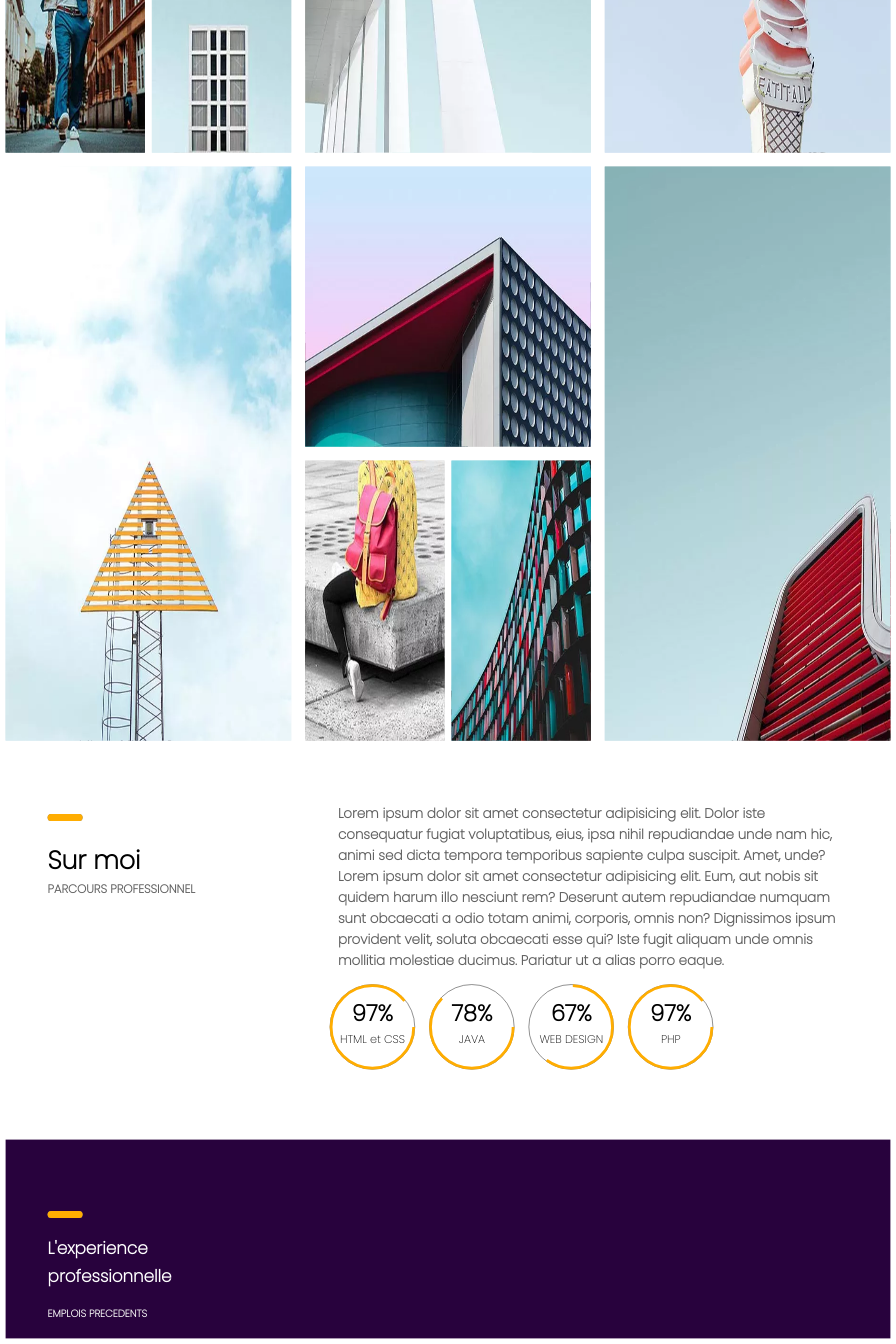
Repository: wadelfadill/CV_PORTFOLIO
Page: index.html
The author's editor kept a copy of each file at every save. The page is drawn from the files as they stood at one save, then again after the next save.
The browser window is 1280 px wide. The pictures show the part of the page from y = 1630 to 3550 px (the page is 3550 px tall before and 3530 px after), at 70% of full size.
Some icons come from a web library that is not loaded, so they are not drawn. Backgrounds fixed to the window are drawn as part of the page.

Above is the page before, as saved 2023-03-16 11:42:19.

### index.html
<!DOCTYPE html>
<html lang="fr">
<head>
    <meta charset="UTF-8">
    <meta http-equiv="X-UA-Compatible" content="IE=edge">
    <meta name="viewport" content="width=device-width, initial-scale=1.0">
    <title>CV - Portfolio</title>
    <link rel="stylesheet" href="style.css">
    <link rel="stylesheet" href="path/to/font-awesome/css/font-awesome.min.css">
    <link href="/fontawesome/css/all.css" rel="stylesheet">
    <link href="/fontawesome/css/fontawesome.css" rel="stylesheet">
    <link href="/fontawesome/css/brands.css" rel="stylesheet">
    <link href="/fontawesome/css/solid.css" rel="stylesheet">
    <link rel="stylesheet" href="/fontawesome/css/regular.css">
    <link rel="preconnect" href="https://fonts.googleapis.com">
    <link rel="stylesheet" href="/fontawesome/css/all.min.css">
    <link rel='stylesheet' href='https://cdn-uicons.flaticon.com/uicons-brands/css/uicons-brands.css'>
    <link rel="stylesheet" href="https://cdn-uicons.flaticon.com/uicons-regular-straight/css/uicons-regular-straight.css">
<link rel="preconnect" href="https://fonts.gstatic.com" crossorigin>
<link href="https://fonts.googleapis.com/css2?family=Manrope&family=Montserrat&family=Poppins:wght@200&family=Roboto&display=swap" rel="stylesheet">
</head>
<body>
    <header>
        <div class="head">
            <div class="address">
                <div class="add-1">
                    <div class="add-icone"><i class="fi fi-rs-marker"></i></div>
                    <div class="add-text">3008, promenade Sarah <br> Franklin, LA 70538</div>
                </div>
                <div class="add-1">
                    <div class="add-icone"><i class="fi fi-rs-phone-call"></i></div>
                    <div class="add-text">337-4139538 <br> MIN - VEN, 8 AM - 19 PM</div>
                </div>
                <div class="add-1">
                    <div class="add-icone"><i class="fi fi-rs-messages"></i></div>
                    <div class="add-text">contact@gmail.com <br>REPONSE EN 24 HEURES</div>
                </div>
            </div>
            <div class="download">
                <a href="#" class="button">Telecharger CV</a>
            </div>
        </div>
        <div class="head_2">
           <div class="presentation">
            <div class="img">
                <img src="images/profile.jpg" alt="profile" class="profil">
                <h2>Michel SMith</h2>
                <h3 >Responsable d'Affaires</h3>
            </div>
            <div class="rest">
                <ul>
                    <li><b>NE :</b> 25 aout 1985</li>
                    <li class="courriel"><b>COURRIEL :</b> mymith@mywebpage.com</li>
                    <li><b>ETAT CIVIL :</b> Marie</li>
                </ul>
            </div>
            <div class="social">
                <ul class="social-reseau">
                    <li><a href=""><i class="fi fi-brands-pinterest"></i></a></li>
                    <li><a href=""><i class="fi fi-brands-linkedin"></i></a></li>
                    <li><a href=""><i class="fi fi-brands-instagram"></i></a></li>
                    <li><a href=""><i class="fi fi-brands-facebook"></i></a></li>
                    <li><a href=""><i class="fi fi-brands-twitter"></i></a></li>
                </ul>
            </div>

           </div>
        </div>
    </header>
    <main>
        <div class="portfolio">
            <div class="head-portfolio">
                <div class="title-portfolio">
                    <progress value="100" max="100" class="progress"></progress>
                    <h2>Portfolio</h2>
                    <h5>MON TRAVAIL</h5>
                </div>
                <div class="album-link" id="grid">
                    <a href="#grid"><b>TOUT</b></a>
                    <a href="#grid" class="web-link"><b>CREATION DE SITES WEB</b></a>
                    <a href="#grid"><b>L'IMAGE DE MARQUE</b></a>
                    <a href="#grid"><b>CONCEPTION GRAPHIQUE</b></a>
                </div>
            </div>
            <div class="grid">
                <div class="elem one web"><a href="images/portfolio_1.jpg"><img src="images/portfolio_1.jpg" alt=""></a></div>
                <div class="elem two"><a href="images/portfolio_2.jpg"> <img src="images/portfolio_2.jpg" alt=""></a></div>
                <div class="elem three web"><a href="images/portfolio_3.jpg"><img src="images/portfolio_3.jpg" alt=""></a></div>
                <div class="elem four">
                    <div class="four-1">
                        <a href="images/portfolio_4_1.jpg"><img src="images/portfolio_4_1.jpg" alt=""></a>
                    </div>
                    <div class="four-2">
                        <a href="images/portfolio_4_2.jpg"><img src="images/portfolio_4_2.jpg" alt=""></a>
                    </div>
                </div>
                <div class="elem five"><a href="images/portfolio_5.jpg"><img src="images/portfolio_5.jpg" alt=""></a></div>
                <div class="elem six"><a href="images/portfolio_6.jpg"><img src="images/portfolio_6.jpg" alt=""></a></div>
                <div class="elem seven web"><a href="images/portfolio_7.jpg"><img src="images/portfolio_7.jpg" alt=""></a></div>
                <div class="elem eight web"><a href="images/portfolio_8.jpg"><img src="images/portfolio_8.jpg" alt=""></a></div>
                <div class="elem nine">
                    <div class="nine-1">
                        <a href="images/portfolio_9_1.jpg"><img src="images/portfolio_9_1.jpg" alt=""></a>
                    </div>
                    <div class="nine-2">
                        <a href="images/portfolio_9_2.jpg"><img src="images/portfolio_9_2.jpg" alt=""></a>
                    </div>
                </div>
            </div>
        </div>
        <div class="parcou-pro">
            <div class="head-parcou-pro">
                <div class="title-parcou-pro">
                    <progress value="100" max="100" class="progress"></progress>
                    <h2>Sur moi</h2>
                    <h5>PARCOURS PROFESSIONNEL</h5>
                </div>
                <div class="parcou-pro-content">
                    <p>
                        Lorem ipsum dolor sit amet consectetur
                        adipisicing elit. Dolor iste consequatur
                        fugiat voluptatibus, eius, ipsa nihil
                        repudiandae unde nam hic, animi sed dicta
                        tempora temporibus sapiente culpa suscipit.
                        Amet, unde?
                        Lorem ipsum dolor sit amet consectetur adipisicing elit.
                        Eum, aut nobis sit quidem harum illo nesciunt rem?
                         Deserunt autem repudiandae numquam sunt obcaecati
                         a odio totam animi, corporis, omnis non?
                        Dignissimos ipsum provident velit, soluta obcaecati esse qui?
                         Iste fugit aliquam unde omnis mollitia molestiae ducimus.
                         Pariatur ut a alias porro eaque.
                    </p>
                </div>
            </div>
            <div class="competence-level">
                <div class="circle circle-1">
                    <svg>
                        <circle cx="95px" cy="86px" r="59px" fill="none"></circle>
                    </svg>
                    <div class="code">
                        <h1>97%</h1>
                        <p>HTML et CSS</p>
                    </div>
                </div>
                <div class="circle circle-2">
                    <svg>
                        <circle cx="95px" cy="86px" r="59px" fill="none"></circle>
                    </svg>
                    <div class="code">
                        <h1>78%</h1>
                        <p>JAVA</p>
                    </div>
                </div>
                <div class="circle circle-3">
                    <svg>
                        <circle cx="95px" cy="86px" r="59px" fill="none"></circle>
                    </svg>
                    <div class="code">
                        <h1>67%</h1>
                        <p>WEB DESIGN</p>
                    </div>
                </div>
                <div class="circle circle-4">
                    <svg>
                        <circle cx="95px" cy="86px" r="59px" fill="none"></circle>
                    </svg>
                    <div class="code">
                        <h1>97%</h1>
                        <p>PHP</p>
                    </div>
                </div>
            </div>
        </div>
        <div class="exp-pro">
            <div class="head-parcou-pro">
                <div class="title-exp-pro">
                    <progress value="100" max="100" class="progress"></progress>
                    <h2>L'experience <br> professionnelle</h2>
                    <h5>EMPLOIS PRECEDENTS</h5>
                </div>
                <div class="exp-pro-content">

                </div>
            </div>
        </div>
    </main>
    <footer>
    </footer>
</body>
</html>

### style.css
body{

    font-family: 'Poppins';
}
header{
    color: white;
    margin: 0;
    width: 100%;
    height: 530px;
    padding-top: 20px;
    background-image: linear-gradient(rgba(0, 0, 0, 0.4),
    rgba(0, 0, 0, 0.4)), url("images/background.jpg");
    background-size: cover;
    opacity: 1;
    background-attachment: fixed;
    z-index: 0;
    display: flex;
    justify-content: space-between;
    flex-direction: column;
    gap: 100px;
    margin-bottom: 250px;
}
.address{
    background-color: #FFAD01;
    padding: 20px;
    display: flex;
    justify-content: space-between;
    border-radius: 5px;
    z-index: 100;


}
.add-1{
    display: flex;
    justify-content: space-between;
    align-items: center;
    gap: 10px;
}
.head{
    display: flex;
    flex-direction: column;
    justify-content: space-between;
    gap: 40px;
    padding-left: 10%;
    padding-right: 10%;


}
.download{
   align-self: flex-end;
   margin: 0;
   height: 100px;
}
.download a{
    margin: 0;
    padding-top: 10px;
    padding-bottom: 10px;
    padding-right: 20px;
    padding-left: 20px;
    background-color: #FFAD01;
    align-self: flex-end;
    color: white;
    text-decoration: none;
    border-radius: 5px;

}
.download:hover {
    transform: translate(0, -5px);
    transition: 0.3s;
}

.profil{
    border-radius: 100%;
    position: relative;
    top: -80px;
    width: 200px;
    height: 200px;
    margin: -50px;
}
.add-icone i{
    font-size: 25px;
    font-weight: 500;
    font-style: normal;
}

.presentation{

    margin: auto;
    width: 50%;
    background-color: white;
    display: flex;
    flex-direction: column;
    align-items: center;
    color: black;
    margin-bottom: 100px;

}
.social-reseau a{
    display: inline-block;
    color: white;
    text-decoration: none;
    background-color: #887392;
    width: 35px;
    height: 35px;
    border-radius: 20px;
    line-height: 35px;

}
.social-reseau a i{
    display: inline-block;
    width: 14px;
    height: 23px;
    margin: auto;
    margin-left: 10px;
    margin-top: 2px;
}
.social{
    margin: 0;
    padding: 0;
}
.social-reseau{
    margin-left: 0;
    padding: 0;
    display: flex;
    justify-content: flex-start;
    gap: 20px;
    align-items: flex-start;

}
li{
    list-style: none;
}
.img{
    line-height: 30px;
    display: flex;
    flex-direction: column;
    justify-content: flex-start;
    align-items: center;
}
.img h2{
    word-spacing: 10px;
    letter-spacing: 5px;
    font-weight: 1500;
    margin: 0;
}
.img h3{
    margin: 0;
    color: #FFAD01;
}
.courriel{
    position: relative;
    left: -50px;

}
.social-reseau a:hover{
    background-color: #FFAD01;
    transition: .2s;
    transform: scale(1.1);
}
.title-portfolio h2, .title-portfolio h5, .title-parcou-pro h2, .title-parcou-pro h5{
    margin: 0;
    padding: 0;

}
.title-portfolio h2, .title-parcou-pro h2{
    padding-top: 30px;
}
.title-portfolio, .title-parcou-pro{
    font-size: 1.5em;
    line-height: 40px;

}
.title-portfolio h5, .title-parcou-pro h5{
    color:#0000009e;
    font-size: 0.7em;
}
.album-link{
    padding-top: 50px;
}
.album-link a{
    color: black;
    text-decoration: none;
    margin: 10px;
    font-size: 1.2em;
    font-weight: 900;
}
.album-link a:link{
    color: black;
}
/* .album-link a:visited{
    color: #FFAD01;
} */
.album-link a:active{
    color: #FFAD01;
}
.head-portfolio{
    display: flex;
    flex-direction: row;
    justify-content: flex-start;
    align-items: last baseline;
    gap: 20%;
    margin-left: 60px;
}
.progress{
    width: 50px;
    appearance: none;
    height: 10px;
}
.progress::-webkit-progress-value{
    border-radius: 10px;
    background-color: #FFAD01;
}
.progress::-webkit-progress-bar{
    border-radius: 10px;
}
.album-link a:hover{
    color: #FFAD01;
}
.grid{
    margin-top: 70px;
    display: grid;
    grid-template-columns: 1fr 1fr 1fr;
    grid-template-rows: 400px 400px 400px 400px;
    column-gap: 20px;
    row-gap: 20px;
}
.two{
    grid-row: 1/3;
    background: url("images/portfolio_2.jpg");
    background-size: cover;
    background-position: center;
    grid-column-start: 2;
}
.one{
    background: url("images/portfolio_1.jpg");
    background-size: cover;
    background-position: center;
}
.elem a img, .four-1 a img, .four-2 a img, .nine-1 a img, .nine-2 a img{
    width: 100%;
    height: 100%;
}
.elem a:active{
    transition: 0.3s;
}
.elem a:active img{
    background-color: rgba(0, 0, 0, 0.45);
}
.three{
    background: url("images/portfolio_3.jpg");
    background-size: cover;
    background-position: center;
}
.four{
    display: flex;
    justify-content: space-between;
    gap: 10px;
}
.four-1{
    width: 90%;
    height: 400px;
    background: url("images/portfolio_4_1.jpg");
    background-size: cover;
    background-position: center;
}
.four-2{
    width: 90%;
    height: 400px;
    background: url("images/portfolio_4_2.jpg");
    background-size: cover;
    background-position: center;
}
.five{
    background: url("images/portfolio_5.jpg");
    background-size: cover;
    background-position: center;
}
.six{
    grid-row: 3/5;
    grid-column-start: 1;
    background: url("images/portfolio_6.jpg");
    background-size: cover;
    background-position: center;
}
.seven{
    background: url("images/portfolio_7.jpg");
    background-size: cover;
    background-position: center;
}
.eight{
    grid-row: 3/5;
    grid-column-start: 3;
    background: url("images/portfolio_8.jpg");
    background-size: cover;
    background-position: center;
}
.nine{
    display: flex;
    justify-content: space-between;
    gap: 10px;

}
.nine-1{
    width: 90%;
    height: 400px;
    background: url("images/portfolio_9_1.jpg");
    background-size: cover;
    background-position: center;
}
.nine-2{
    width: 90%;
    height: 400px;
    background: url("images/portfolio_9_2.jpg");
    background-size: cover;
    background-position: center;
}
.head-parcou-pro{
    display: flex;
    flex-direction: row;
    justify-content: flex-start;
    align-items: first baseline;
    gap: 15%;
    margin-left: 60px;
    margin-right: 60px;
}
.title-parcou-pro{
    width: 30%;
}
.parcou-pro-content{
    width: 90%;
    font-size: 1.2em;
    font-weight: 700;
    line-break: auto;
    line-height: 30px;
    text-align: left;
    color: #0000009e;

}
.parcou-pro{
    margin-top: 70px;
    margin-bottom: 100px;
}
.progress-competence{
    appearance: none;
    height: 13px;

}
.circle{
    width: 120px;
    height: 120px;
    border-radius: 100px;
    border: 1px solid #0000009e;
    margin: 0;
    padding: 0;
}
/*
.circle::after{
    position: absolute;
    content: '';
    top: -4px;
    left: -4px;
    right: -4px;
    bottom: -4px;
    width: 200px;
    height: 200px;
    border-radius: 50%;
    border: 4px solid #FFAD01;
    margin: 0;
    padding: 0;


} */

.competence-level{
    width: 80%;
    display: flex;
    flex-direction: row;
    justify-content: flex-end;
    gap: 20px;
    margin-right: 100px;
}
.circle-1 svg circle{
    display: block;
    margin: auto;
    stroke: #FFAD01;
    stroke-dasharray: 350;
    stroke-dashoffset: 350;
    stroke-width: 4px;
    bottom: 20px;
    right: 20px;
    animation: circle 2s forwards;
}
.circle-2 svg circle{
    display: block;
    margin: auto;
    stroke: #FFAD01;
    stroke-dasharray: 250;
    stroke-dashoffset: 190;
    stroke-width: 4px;
    bottom: 20px;
    right: 20px;
    animation: circle 2s forwards;
}
.circle-3 svg circle{
    display: block;
    margin: auto;
    stroke: #FFAD01;
    stroke-dasharray: 150;
    stroke-dashoffset: 1;
    stroke-width: 4px;
    bottom: 20px;
    right: 20px;
    animation: circle 2s forwards;
}
.circle-4 svg circle{
    display: block;
    margin: auto;
    stroke: #FFAD01;
    stroke-dasharray: 350;
    stroke-dashoffset: 1;
    stroke-width: 4px;
    bottom: 20px;
    right: 20px;
    animation: circle 2s forwards;
}
svg{
    transform: translate(-35px, -26px);

}
@keyframes circle{
    to{
        stroke-dashoffset: 20;
    }
}
.code{
    position: relative;
    bottom: 140px;

    text-align: center;

}
.code h1{
    padding: 0;
    margin: 0;
}
.code p{
    padding: 0;
    margin: 0;
}
.exp-pro{
    background-color: #28023D;
    padding-top: 90px;
    color: white;
}
.head-exp-pro{
    display: flex;
    flex-direction: row;
    justify-content: flex-start;
    align-items: first baseline;
    gap: 15%;
    margin-left: 60px;
    margin-right: 60px;
}
.title-exp-pro h2{
    font-size: 1.5em;
    line-height: 40px;
}
.title-exp-pro h5{
    color:whitesmoke;
    font-size: 0.9em;
}
.-exp-pro-content{

}

Loaded but not shown: fontawesome/css/all.css (library); fontawesome/css/fontawesome.css (library); fontawesome/css/solid.css (common file); fontawesome/css/regular.css (common file); fontawesome/css/all.min.css (library); fontawesome/css/brands.css (1522 lines, source omitted)

After the next save:
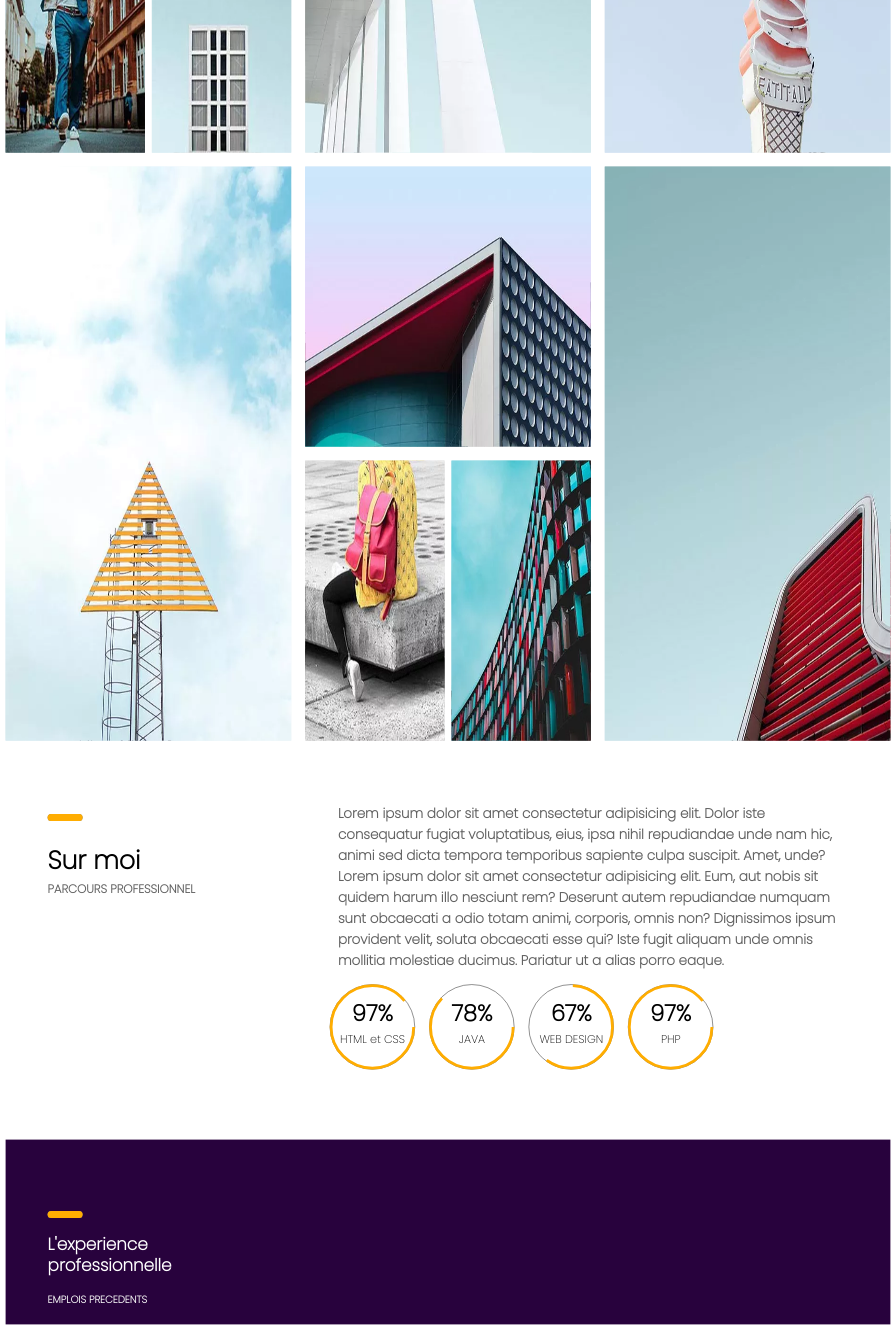
Saved 37 s later.
--- a/style.css
+++ b/style.css
@@ -463,7 +463,7 @@
 }
 .title-exp-pro h2{
     font-size: 1.5em;
-    line-height: 40px;
+    line-height: 30px;
 }
 .title-exp-pro h5{
     color:whitesmoke;

After the save that followed:
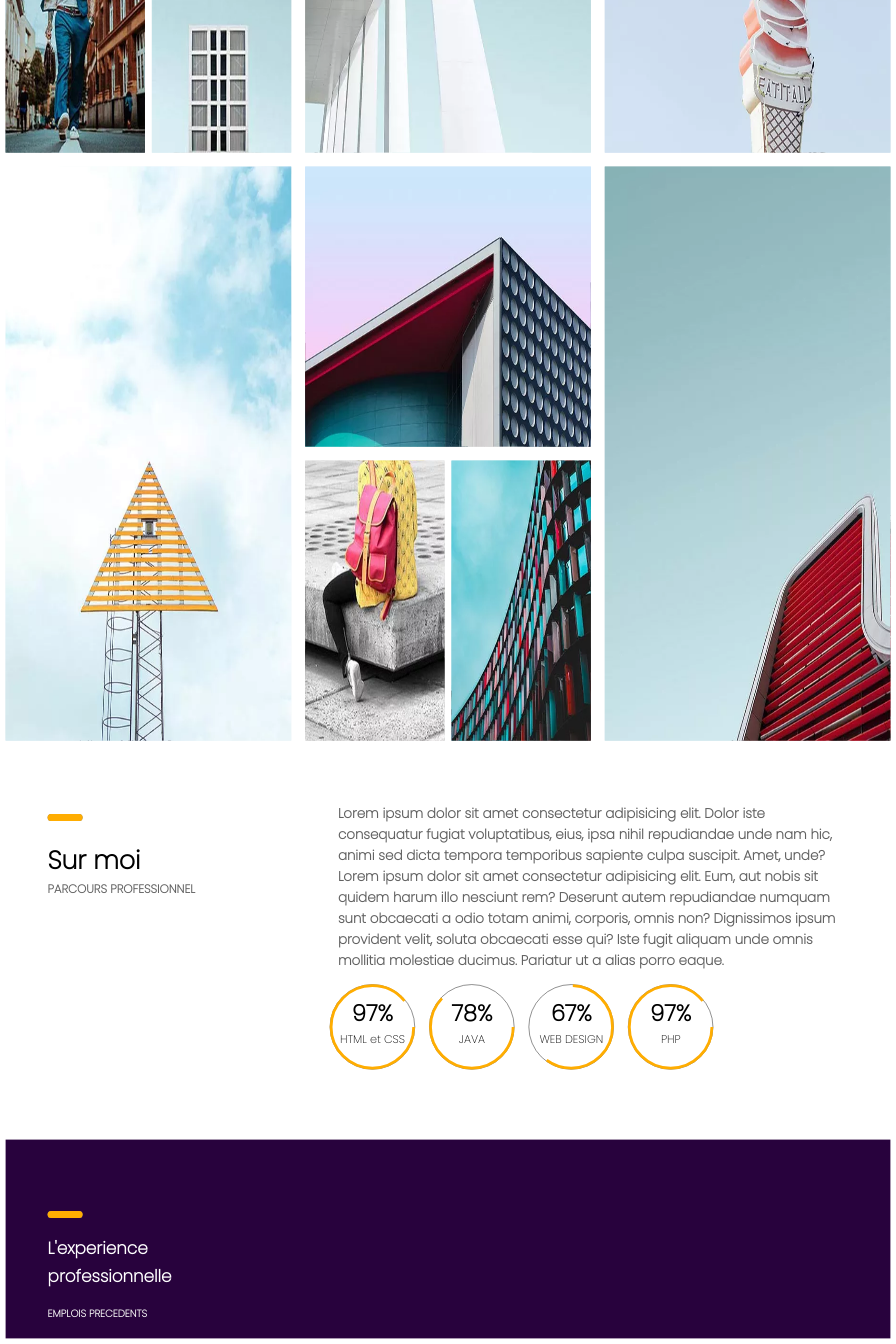
Saved 17 s later.
--- a/style.css
+++ b/style.css
@@ -463,7 +463,7 @@
 }
 .title-exp-pro h2{
     font-size: 1.5em;
-    line-height: 30px;
+    line-height: 40px;
 }
 .title-exp-pro h5{
     color:whitesmoke;
